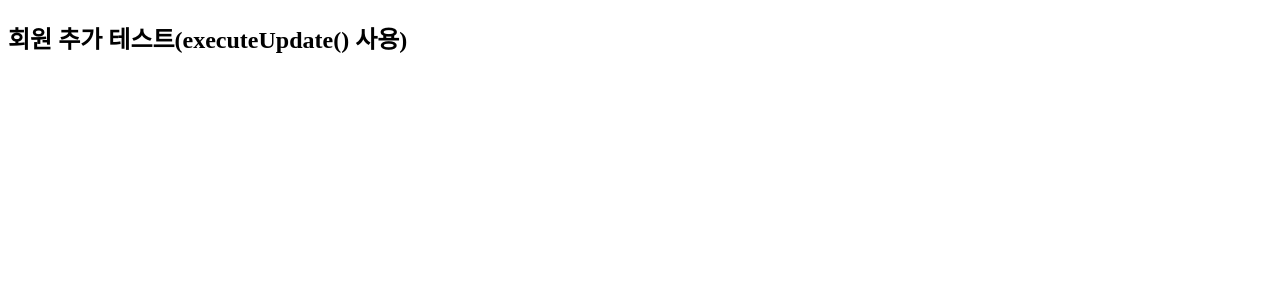
Repository: bluelessman/JSPServlet
Page: http://localhost/ServletStudy/05JDBC/ExeUpdate.jsp
The author's editor kept a copy of each file at every save. The page is drawn from the files as they stood at one save, then again after the next save.
The browser window is 1280 px wide. The pictures show the whole page.
The page is served by Tomcat 10.

Above is the page before, as saved 2023-12-13 07:22:37.

After the next save:
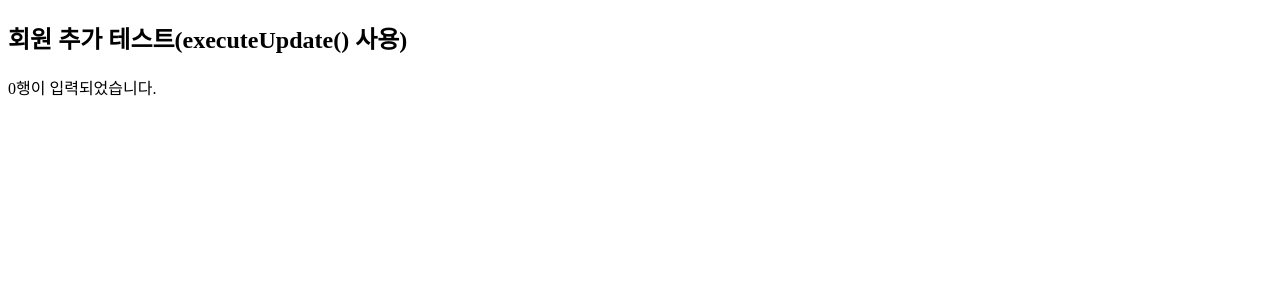
Saved 48 s later.
--- a/ServletStudy/src/main/webapp/05JDBC/ExeUpdate.jsp
+++ b/ServletStudy/src/main/webapp/05JDBC/ExeUpdate.jsp
@@ -23,6 +23,11 @@ PreparedStatement psmt = jdbc.con.prepareStatement(sql);
 psmt.setString(1, id);
 psmt.setString(2, pass);
 psmt.setString(3, name);
+
+int inResult = psmt.executeUpdate();
+out.println(inResult + "행이 입력되었습니다.");
+jdbc.close();
+
 %>
 </body>
 </html>
